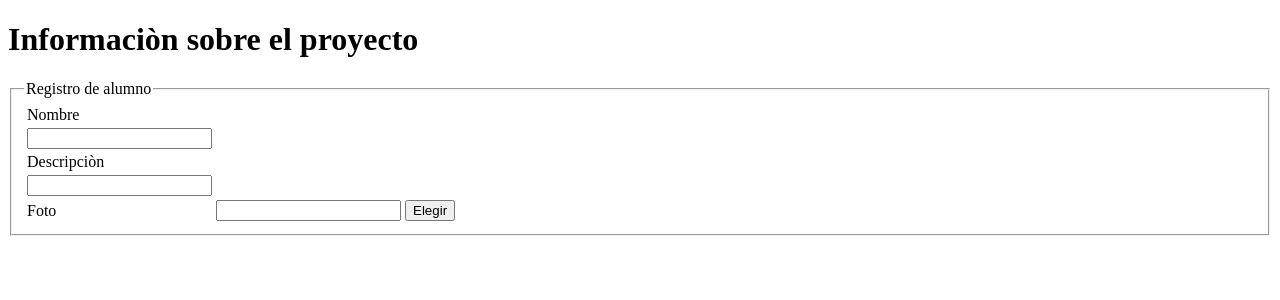
Repository: hoscanoa/Clases-LPII
Page: LPIISemana01/LPII-Semana01/WebContent/inicio.html
These files come from the project's save history. The page is drawn as it stood at one moment and after the next save; the edit follows.
The browser window is 1280 px wide. The pictures show the whole page.

Above is the page before, as saved 2014-09-18 22:01:04.

After the next save:
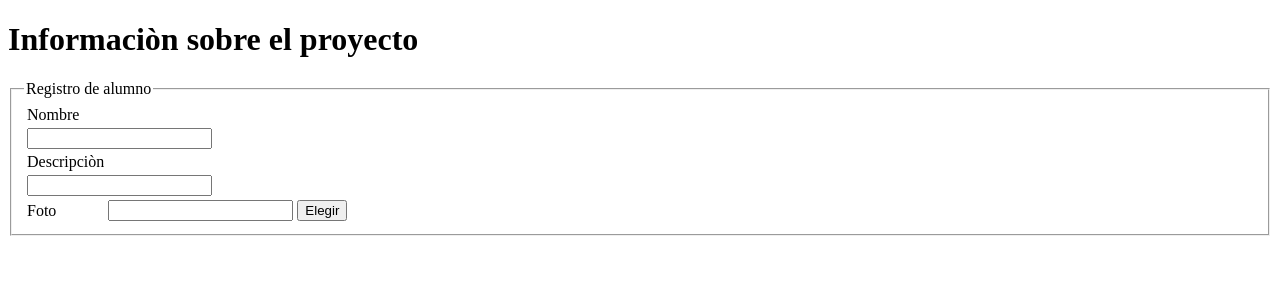
Saved 35 s later.
--- a/LPIISemana01/LPII-Semana01/WebContent/inicio.html
+++ b/LPIISemana01/LPII-Semana01/WebContent/inicio.html
@@ -14,14 +14,14 @@
 					<td>Nombre</td>
 				</tr>
 				<tr>
-					<td><input type="text" name="nombre">
+					<td colspan="2" ><input type="text" name="nombre">
 					</td>
 				</tr>
 				<tr>
 					<td>Descripciòn</td>
 				</tr>
 				<tr>
-					<td><input type="text" name="descripcion">
+					<td colspan="2" ><input type="text" name="descripcion">
 					</td>
 				</tr>
 
